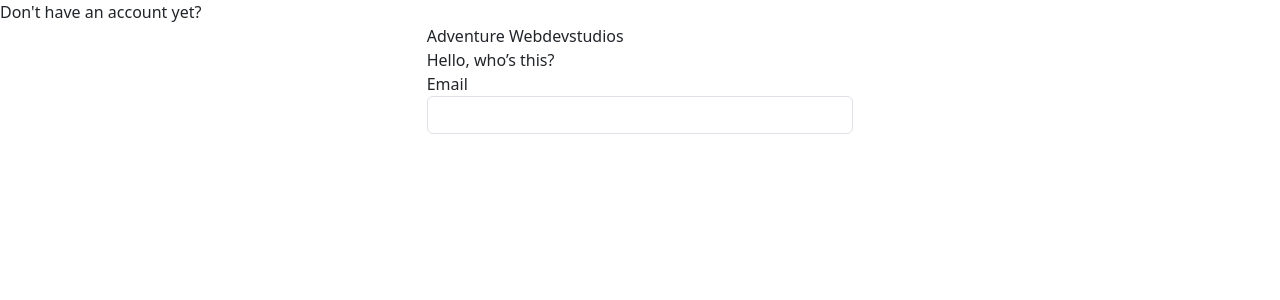
Repository: nnbxxx/React-Untimate
Page: /login
The author's editor kept a copy of each file at every save. The page is drawn from the files as they stood at one save, then again after the next save.
The browser window is 1280 px wide. The pictures show the whole page.
The project was rebuilt for these pictures with package versions that can differ from the ones it lists, and the page was loaded fresh each time. Also part of the build but not shown: src/components/Header/header.js, src/App.js, src/components/User/User.js, src/components/Admin/SideBar.scss, src/components/Admin/SideBar.js, src/components/Admin/Admin.scss, src/components/Admin/Admin.js, src/components/Home/HomePage.js and 12 more. Imported but missing from the stored project, and not drawn on this page: src/assets/video-homepage.webm.

Above is the page before, as saved 2023-04-12 20:31:53.

### src/index.js
import React from "react";
import ReactDOM from "react-dom/client";
import App from "./App";
import reportWebVitals from "./reportWebVitals";
import { Provider } from "react-redux";
import store from "./redux/store";
import "bootstrap/dist/css/bootstrap.min.css";
import User from "./components/User/User";
import Admin from "./components/Admin/Admin";
import HomePage from "./components/Home/HomePage";
import ManageUser from "./components/Admin/Content/ManageUser";
import DashBoard from "./components/Admin/Content/DashBoard";
import {
  createBrowserRouter,
  RouterProvider,
  BrowserRouter,
  Route,
  Routes,
} from "react-router-dom";
import Login from "./components/Auth/Login";

const root = ReactDOM.createRoot(document.getElementById("root"));
root.render(
  <Provider store={store}>
    {/* <React.StrictMode> */}
    <BrowserRouter>
      <Routes>
        <Route path='/' element={<App />}>
          <Route index element={<HomePage />} />
          <Route path='users' element={<User />} />
        </Route>
        <Route path='/admins' element={<Admin />}>
          <Route index element={<DashBoard />} />
          <Route path='manage-users' element={<ManageUser />} />
        </Route>
        <Route path='/login' element={<Login />} />
      </Routes>
    </BrowserRouter>

    {/* </React.StrictMode> */}
  </Provider>
);

// If you want to start measuring performance in your app, pass a function
// to log results (for example: reportWebVitals(console.log))
// or send to an analytics endpoint. Learn more: https://bit.ly/CRA-vitals
reportWebVitals();

### src/components/Auth/Login.js
import "./Login.scss";
const Login = () => {
  return (
    <div className='login-container'>
      <div className='header mx-auto'>Don't have an account yet?</div>
      <div className='title col-4 mx-auto'>Adventure Webdevstudios</div>
      <div className='welcome col-4 mx-auto'>Hello, who’s this?</div>
      <div className='content-form col-4 mx-auto'>
        <div className='form-group'>
          <label>Email</label>
          <input type='email' className='form-control' />
        </div>
      </div>
    </div>
  );
};
export default Login;

### src/App.scss
body {
  padding: 0;
  margin: 0;
  font-family: -apple-system, BlinkMacSystemFont, "Segoe UI", "Roboto", "Oxygen",
    "Ubuntu", "Cantarell", "Fira Sans", "Droid Sans", "Helvetica Neue",
    sans-serif;
  -webkit-font-smoothing: antialiased;
  -moz-osx-font-smoothing: grayscale;
}
.app-container {
  .header-container {
    .btn-login {
      border-radius: 4px;
      color: #262627;
      justify-content: center;
      line-height: 24px;
      margin: 0px 16px 0px 0px;
      padding: 8px 16px;
      text-align: center;
      border: 1px solid black;
    }
    .btn-signup {
      border-radius: 4px;
      color: #fff;
      background-color: #262627;
      justify-content: center;
      line-height: 24px;
      margin: 0px 16px 0px 0px;
      padding: 8px 16px;
      text-align: center;
      border: 1px solid black;

      &:hover {
        // opacity: 0.9;
        background-color: black;
      }
    }
    .navbar {
      z-index: 10;
      padding-top: 25px;
      background-color: rgba(0, 0, 0, 0) !important;
      .nav-link {
        &.active {
          color: #00bfff;
        }
      }
    }
  }
  .homepage-content {
    margin-top: 40px;
    padding: 0 100px;
    position: relative;
    width: 50%;
    display: flex;
    justify-content: center;
    flex-direction: column;
    gap: 20px;
    .title-1 {
      color: #262627;
      font-size: 60px;
      font-weight: 300;
      line-height: 76.8px;
      margin: 0px 0px 24px;
    }
    .title-2 {
      color: #262627;
      font-size: 20px;
      font-weight: 300;
      line-height: 31.2px;
      margin: 0px 0px 40px;
    }
    .btn-3 {
      background-color: #262627;
      border-radius: 4px;
      color: #fcfaf8;
      display: inline-block;
      justify-content: center;
      line-height: 24px;
      padding: 10px 20px;
      text-align: center;
      width: 200px;
      border: none;

      &:hover {
        // opacity: 0.9;
        background-color: black;
      }
    }
  }
}
video {
  position: fixed;
  bottom: 0;
  width: 100vw;
}
@media (min-width: 1450px) {
  .container,
  .container-lg,
  .container-md,
  .container-sm,
  .container-xl,
  .container-xxl {
    max-width: 1400px !important;
  }
}

Loaded but not shown: public/index.html (common file); src/reportWebVitals.js (common file); src/redux/store.js (common file); src/redux/reducer/rootReducer.js (common file); src/redux/reducer/counterReducer.js (common file); src/redux/action/counterAction.js (common file)

After the next save:
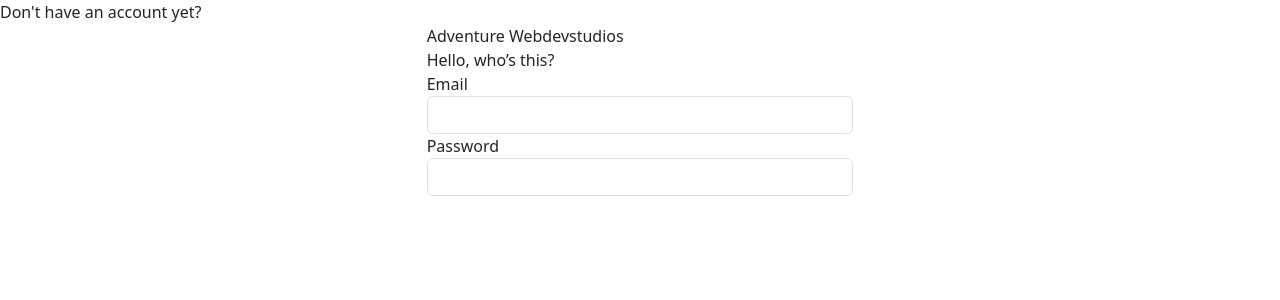
Saved 30 s later.
--- a/src/components/Auth/Login.js
+++ b/src/components/Auth/Login.js
@@ -10,6 +10,10 @@
           <label>Email</label>
           <input type='email' className='form-control' />
         </div>
+        <div className='form-group'>
+          <label>Password</label>
+          <input type='password' className='form-control' />
+        </div>
       </div>
     </div>
   );
